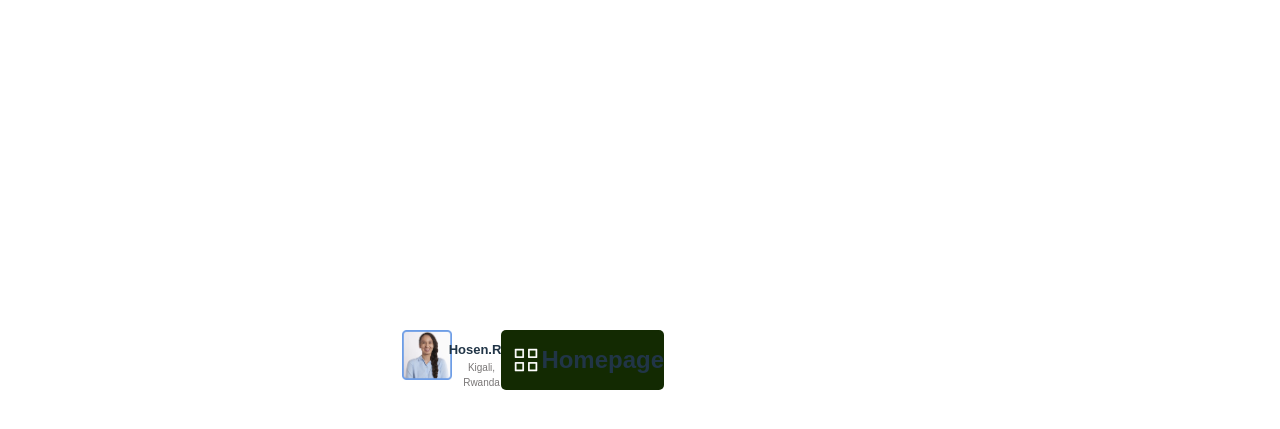
Repository: Auda-frontend/Kenshikeza
Page: /
An editor plug-in stored every save of this project. The page is shown before and after the next save, followed by the edit.
The browser window is 1280 px wide. The pictures show the whole page.
The project was rebuilt for these pictures with package versions that can differ from the ones it lists, and the page was loaded fresh each time. Also part of the build but not shown: vite.config.js.

Above is the page before, as saved 2024-01-25 09:41:18.

After the next save:
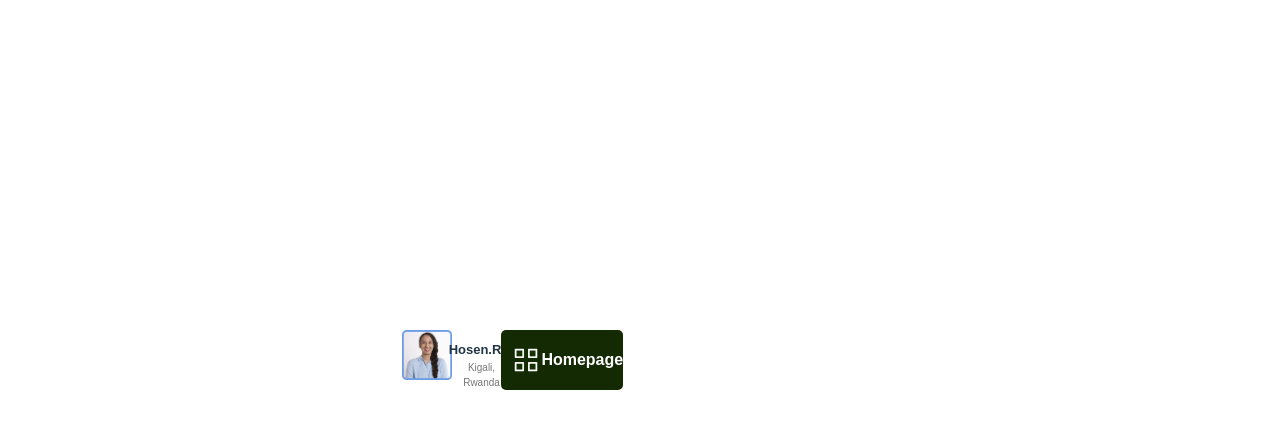
Saved 13 s later.
--- a/src/Components/SideBar.css
+++ b/src/Components/SideBar.css
@@ -48,7 +48,7 @@ justify-content: space-between;
     float: left;
     margin-left: 10px;
 }
-.homepage p{
+.homepage h2{
     color: white;
     font-size: medium;
 }
